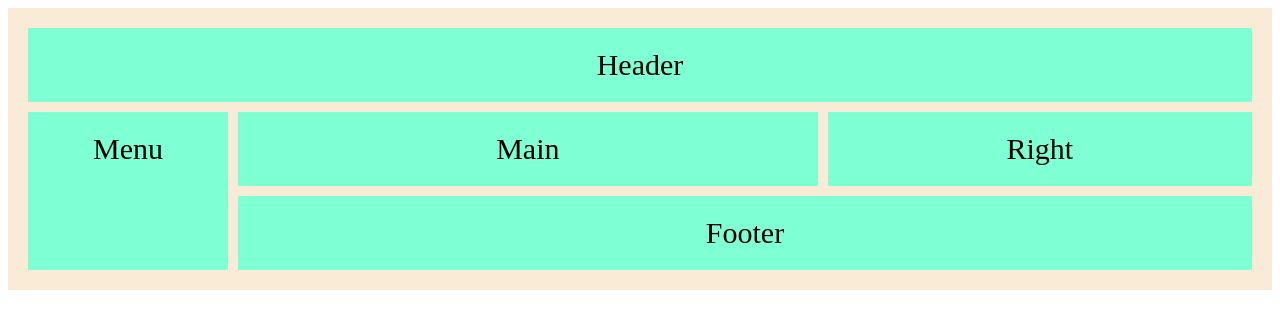
Repository: Thonghehe/Lab1_WEB106
Page: index11.html
The author's editor kept a copy of each file at every save. The page is drawn from the files as they stood at one save, then again after the next save.
The browser window is 1280 px wide. The pictures show the whole page.

Above is the page before, as saved 2024-03-05 17:40:09.

After the next save:
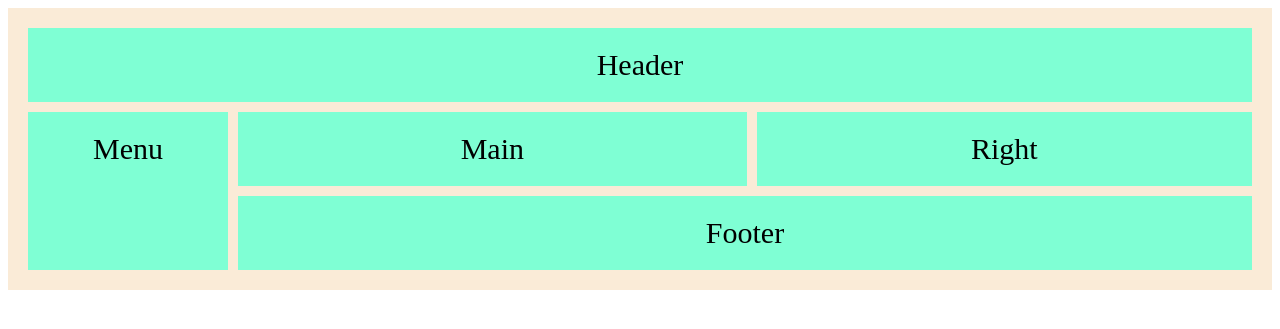
Saved 12 s later.
--- a/style.css
+++ b/style.css
@@ -27,7 +27,7 @@
     gap: 10px;
     padding: 20px;
     background-color: antiquewhite;
-    grid-template-columns: 200px;
+    grid-template-columns: 200px 100px;
     grid-template-rows: auto;
     /* justify-content: space-between; */
     /* align-content: space-around; */
